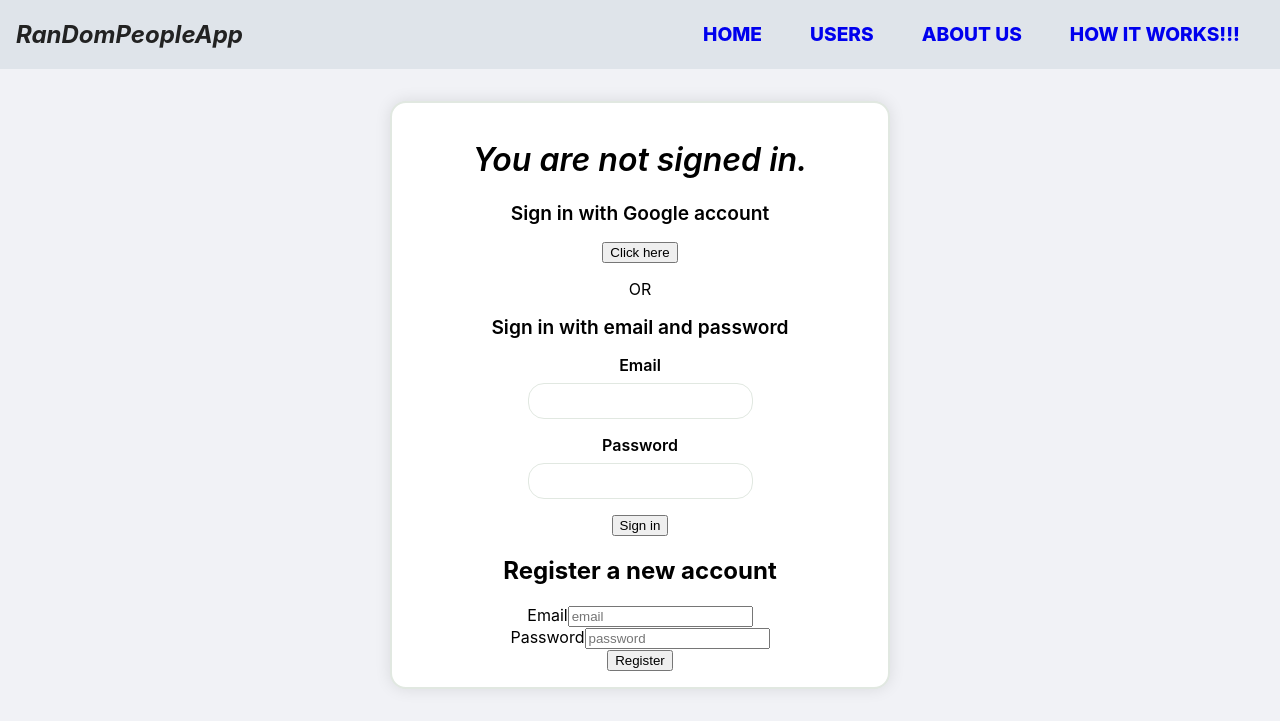
Repository: MikkyPrestige/RandomProfiles
Page: /profile
These files come from the project's save history. The page is drawn as it stood at one moment and after the next save; the edit follows.
The browser window is 1280 px wide. The pictures show the whole page.
The page's requests for data from a server got no answer. The project was rebuilt for these pictures with package versions that can differ from the ones it lists, and the page was loaded fresh each time. Some packages were replaced by stand-ins written for this rebuild. No one was signed in, and anything a server would have sent is missing. Also part of the build but not shown: src/assets/styles/home.css, src/components/avatar.jsx, src/components/home.jsx, src/assets/styles/users.css, src/components/users.jsx, src/assets/styles/search.css, src/components/search.jsx, src/assets/styles/help.css and 6 more.

Above is the page before, as saved 2022-11-30 03:43:18.

### public/index.html
<!DOCTYPE html>
<html lang="en">

<head>
  <meta charset="utf-8" />
  <link rel="icon" href="%PUBLIC_URL%/favicon.ico" />
  <meta name="viewport" content="width=device-width, initial-scale=1" />
  <meta name="theme-color" content="#000000" />
  <meta name="description" content="Web site created using create-react-app" />
  <link rel="apple-touch-icon" href="%PUBLIC_URL%/logo192.png" />
  <!--
      manifest.json provides metadata used when your web app is installed on a
      user's mobile device or desktop. See https://developers.google.com/web/fundamentals/web-app-manifest/
    -->
  <link rel="manifest" href="%PUBLIC_URL%/manifest.json" />
  <!--
      Notice the use of %PUBLIC_URL% in the tags above.
      It will be replaced with the URL of the `public` folder during the build.
      Only files inside the `public` folder can be referenced from the HTML.

      Unlike "/favicon.ico" or "favicon.ico", "%PUBLIC_URL%/favicon.ico" will
      work correctly both with client-side routing and a non-root public URL.
      Learn how to configure a non-root public URL by running `npm run build`.
    -->
  <title>AltSchool Assignment 2</title>
</head>

<body>
  <noscript>You need to enable JavaScript to run this app.</noscript>
  <div id="root"></div>
  <!--
      This HTML file is a template.
      If you open it directly in the browser, you will see an empty page.

      You can add webfonts, meta tags, or analytics to this file.
      The build step will place the bundled scripts into the <body> tag.

      To begin the development, run `npm start` or `yarn start`.
      To create a production bundle, use `npm run build` or `yarn build`.
    -->
</body>

</html>

### src/index.css
body {
  margin: 0;
  font-family: -apple-system, BlinkMacSystemFont, 'Segoe UI', 'Roboto', 'Oxygen',
    'Ubuntu', 'Cantarell', 'Fira Sans', 'Droid Sans', 'Helvetica Neue',
    sans-serif;
  -webkit-font-smoothing: antialiased;
  -moz-osx-font-smoothing: grayscale;
  background-color: #f1f2f6;
}

code {
  font-family: source-code-pro, Menlo, Monaco, Consolas, 'Courier New',
    monospace;
}

### src/App.jsx
import * as React from "react";
import { ErrorBoundary } from "react-error-boundary";
import { Route, Routes } from "react-router-dom";
import {
  Layout,
  Home,
  Users,
  Search,
  Help,
  About,
  Error,
  ErrorFallBack,
  Profile,
  // Footer,
} from "./components";

const App = () => {
  return (
    <div className="App">
      <main>
        <ErrorBoundary FallbackComponent={ErrorFallBack}>
          <Layout />
          <Routes>
            <Route path="/" element={<Home />} />
            <Route path="users">
              <Route index element={<Users />} />
              <Route path=":id" element={<Search />} />
            </Route>
            <Route path="profile" element={<Profile />} />
            <Route path="help" element={<Help />} />
            <Route path="about" element={<About />} />
            <Route path="*" element={<Error />} />
          </Routes>
        </ErrorBoundary>
        {/* <Footer /> */}
      </main>
    </div>
  );
};

export default App;

### src/components/index.js
export { default as Layout } from "./layout";
export { default as Home } from "./home";
export { default as Users } from "./users";
export { default as Search } from "./search";
export { default as Help } from "./help";
export { default as About } from "./about";
export { default as Error } from "./error";
export { default as ErrorFallBack } from "./errorFallback";
export { default as Profile } from "./profile";
export { Footer } from "./avatar";

### src/components/layout.jsx
// LAYOUT COMPONENT - This component is for the App Layout that displays the Navigation bar in the app UI to the user when app is open

import { NavLink } from "react-router-dom";
import "../assets/styles/layout.css";

const CustomNavLink = ({ to, ...props }) => {
  let activeStyle = {
    textDecoration: 'underline',
    color: 'red',
  };

  return (
    <NavLink
      style={({ isActive }) =>
        isActive ? activeStyle : { textDecoration: 'none' }
      }
      to={to}
      end
      {...props}
    />
  );
};


const Layout = () => {

  return (
    <nav className="layout">
      <div className="app-header">
        <h1>RanDomPeopleApp</h1>
      </div>
      <div className="nav__items">
        <CustomNavLink to="/" className="nav__item">Home</CustomNavLink>
        <CustomNavLink to="users" className="nav__item">Users</CustomNavLink>
        <CustomNavLink to="about" className="nav__item">About us</CustomNavLink>
        <CustomNavLink to="help" className="nav__item">How it works!!!</CustomNavLink>
      </div>
    </nav>
  );
}

export default Layout;

### src/components/profile.jsx
import {
  signInWithRedirect,
  auth,
  provider,
  getRedirectResult,
  onAuthStateChanged,
  createUserWithEmailAndPassword,
  signInWithEmailAndPassword,
  signOut,
  deleteUser,
} from "../config";
import { useEffect, useState } from "react";
import { Avatar } from "./avatar";
import "../assets/styles/profile.css";

const Profile = () => {
  const [user, setUser] = useState(null);
  const [signedIn, setSignedIn] = useState(false);
  const [email, setEmail] = useState("");
  const [password, setPassword] = useState("");
  const [error, setError] = useState(null);

  // handle register form
  const handleRegister = (e) => {
    e.preventDefault();
    createUserWithEmailAndPassword(auth, email, password)
      .then(() => {
        // Signed in
        console.log("User account created & signed in!");
      })
      .catch((error) => {
        if (error.code === "auth/email-already-in-use") {
          setError("This email address is already in use!");
        }
        if (error.code === "auth/invalid-email") {
          setError("This email address is invalid!");
        }
        console.error(error);
      });
  };

  // sign in with email and password
  const handleSignIn = (e) => {
    e.preventDefault();
    signInWithEmailAndPassword(auth, email, password)
      .then(() => {
        console.log("User signed in!");
      })
      .catch((error) => {
        if (error.code === "auth/wrong-password") {
          setError("Wrong password!");
        }
        if (error.code === "auth/user-not-found") {
          setError("User not found!");
        }
        console.error(error);
      });
  };

  // handle onchange
  const handleChange = (e) => {
    const { name, value } = e.target;
    if (name === "email") {
      setEmail(value);
    }
    if (name === "password") {
      setPassword(value);
    }
  };

  // handle sign In
  const signIn = (e) => {
    e.preventDefault();
    signInWithRedirect(auth, provider);
  };

  // handle sign out
  const handleSignOut = (e) => {
    e.preventDefault();
    signOut(auth)
      .then(() => {
        console.log("User signed out!");
      })
      .catch((error) => {
        console.error(error);
      });
  };

  // handle delete user
  const handleDelete = (e) => {
    e.preventDefault();
    deleteUser(auth.currentUser)
      .then(() => {
        console.log("User deleted!");
      })
      .catch((error) => {
        console.error(error);
      });
  };

  // Get redirect result
  useEffect(() => {
    getRedirectResult(auth)
      .then((result) => {
        if (result) {
          setSignedIn(true);
          // navigate("/users");
        } else {
          // console.log("No user");
        }
      })
      .catch((error) => {
        console.log(error);
      });
  }, []);

  // Check auth state
  useEffect(() => {
    onAuthStateChanged(auth, (user) => {
      if (user) {
        // destructure user
        const { displayName, photoURL, email, phoneNumber } = user;
        // set user state
        setUser({ displayName, photoURL, email, phoneNumber });
        // navigate("/users");
      } else {
        setUser(null);
      }
    });
  }, []);

  return (
    <div className="profile">
      <div className="profile__container">
        <div className="profile__desc">
          {user ? (
            <div className="profile__user">
              <h1 className="profile__title">Welcome, you are signed in.</h1>
              <Avatar image={user.photoURL} alt="user" style={{ width: '10rem', height: '10rem', borderRadius: '50%' }} />
              <p className="profile__detail"><strong>Signed in account name: </strong>{user.displayName}</p>
              <p className="profile__detail"><strong>Signed in email: </strong>{user.email}</p>
              <p className="profile__detail">{user.phoneNumber}</p>
              <div className="btn__wrapper">
                <button onClick={handleSignOut} className="btn">
                  Sign Out
                </button>
                <button onClick={handleDelete} className="btn">
                  Delete Account
                </button>
              </div>
            </div>
          ) : (
            <div className="profile__user">
              <div className="profile__wrapper">
                <h1 className="profile__title">You are not signed in.</h1>
                <h2 className="profile__head">Sign in with Google account</h2>
                <button onClick={signIn} className="sign__btn">
                  Click here
                </button>
                <p className="or">OR</p>
                <h2 className="profile__head">Sign in with email and password</h2>
                <form onSubmit={handleSignIn} className="signIn__form">
                  <label htmlFor="email" className="signIn__label">Email</label>
                  <input
                    type="email"
                    name="email"
                    id="email"
                    value={email}
                    onChange={handleChange}
                    className="signIn__input"
                  />
                  <label htmlFor="password" className="signIn__label">Password</label>
                  <input
                    type="password"
                    name="password"
                    id="password"
                    value={password}
                    onChange={handleChange}
                    className="signIn__input"
                  />
                  {error && <p className="error">{error}</p>}
                  <button type="submit" className="sign__btn">
                    Sign in
                  </button>
                </form>
              </div>
              <h2 className="register">Register a new account </h2>
              <form onSubmit={handleRegister} className="register__form">
                <div className="register__group">
                  <label htmlFor="email" className="register__label">
                    Email
                  </label>
                  <input
                    type="email"
                    name="email"
                    placeholder="email"
                    value={email}
                    onChange={handleChange}
                    className="register__input"
                  />
                  {error && <p className="error">{error}</p>}
                </div>
                <div className="profile__group">
                  <label htmlFor="password" className="register__label">
                    Password
                  </label>
                  <input
                    type="password"
                    name="password"
                    placeholder="password"
                    value={password}
                    onChange={handleChange}
                    className="register__input"
                  />
                </div>
                <button type="submit" className="sign__btn">
                  Register
                </button>
              </form>
            </div>
          )}
        </div>
      </div>
    </div>
  );
};

export default Profile;

### src/assets/styles/layout.css
.layout {
  background-color: #dfe4ea;
  padding: 0rem 1rem;
  color: #222;
  display: flex;
  align-items: center;
  justify-content: space-between;
}

.app-header {
  font-style: italic;
}

.nav__items {
  display: flex;
  align-items: center;
  list-style: none;
  flex-wrap: wrap;
}

.nav__item {
  font-size: 1.2rem;
  font-weight: 800;
  padding: 1rem 1.5rem;
  text-transform: uppercase;
}

.attribution {
  text-align: center;
}

.footer {
  color: #222;
  text-decoration: none;
  cursor: pointer;
  font-style: italic;
  font-weight: 600;
}

### src/config/index.js
// Import the functions you need from the SDKs you need
import { initializeApp } from "firebase/app";
import {
  getAuth,
  signInWithRedirect,
  GoogleAuthProvider,
  getRedirectResult,
  onAuthStateChanged,
  createUserWithEmailAndPassword,
  signInWithEmailAndPassword,
  signOut,
  deleteUser
} from "firebase/auth";

// web app's Firebase configuration
const firebaseConfig = {
  apiKey: "AIzaSyCfrfw6chi091bWLqJvanxAUTxgJ5XqEu0",
  authDomain: "random-people-app.firebaseapp.com",
  projectId: "random-people-app",
  storageBucket: "random-people-app.appspot.com",
  messagingSenderId: "1097586453252",
  appId: "1:1097586453252:web:4575afe7663a752ae77e51",
};

// Initialize Firebase
const app = initializeApp(firebaseConfig);
// Setup Google auth provider
const provider = new GoogleAuthProvider();

const auth = getAuth();

export {
  app,
  provider,
  auth,
  signInWithRedirect,
  getRedirectResult,
  onAuthStateChanged,
  createUserWithEmailAndPassword,
  signInWithEmailAndPassword,
  signOut,
  deleteUser
};

### src/assets/styles/profile.css
.profile {
  padding: 2rem;
  height: 100%;
}

.profile__container {
  display: flex;
  flex-direction: column;
  align-items: center;
  justify-content: center;
}

.profile__desc {
  text-align: center;
  max-width: 500px;
  width: 100%;
}

.profile__user {
  background-color: #fff;
  border: 2px solid #e1e8e1;
  border-radius: 1rem;
  box-shadow: 0 0 1rem rgba(0, 0, 0, 0.1);
  padding: 1rem 0;
}

.profile__title {
  font-size: 2rem;
  font-weight: 600;
  font-style: oblique;
}

.profile__detail {
  font-size: 1.2rem;
  font-weight: 400;
}

.btn__wrapper {
  display: flex;
  justify-content: center;
  align-items: center;
  gap: 5rem;
  margin-top: 2rem;
}

.btn {
  background-color: #e1e8e1;
  color: red;
  border: none;
  border-radius: 1rem;
  padding: .5rem;
  font-size: 1rem;
  cursor: pointer;
}

.btn:hover {
  background-color: #d1d8d1;
  color: #0651ddbb;
}

.btn:active {
  background-color: #c1c8c1;
  color: #0651ddbb;
}

.profile__wrapper {
  /* display: flex;
  flex-direction: column;
  justify-content: center;
  align-items: center; */
  /* gap: 2rem; */
  /* margin-top: 2rem; */
}

.profile__head {
  font-size: 1.2rem;
  font-weight: 600;
  text-align: center;
  margin-bottom: 1rem;
}

.signIn__form {
  display: flex;
  flex-direction: column;
  justify-content: center;
  align-items: center;
}

.signIn__label {
  font-size: 1rem;
  font-weight: 600;
  margin-bottom: .5rem;
}

.signIn__input {
  border: 1px solid #e1e8e1;
  border-radius: 1rem;
  padding: .5rem;
  font-size: 1rem;
  margin-bottom: 1rem;
}

Loaded but not shown: src/index.js (common file)

After the next save:
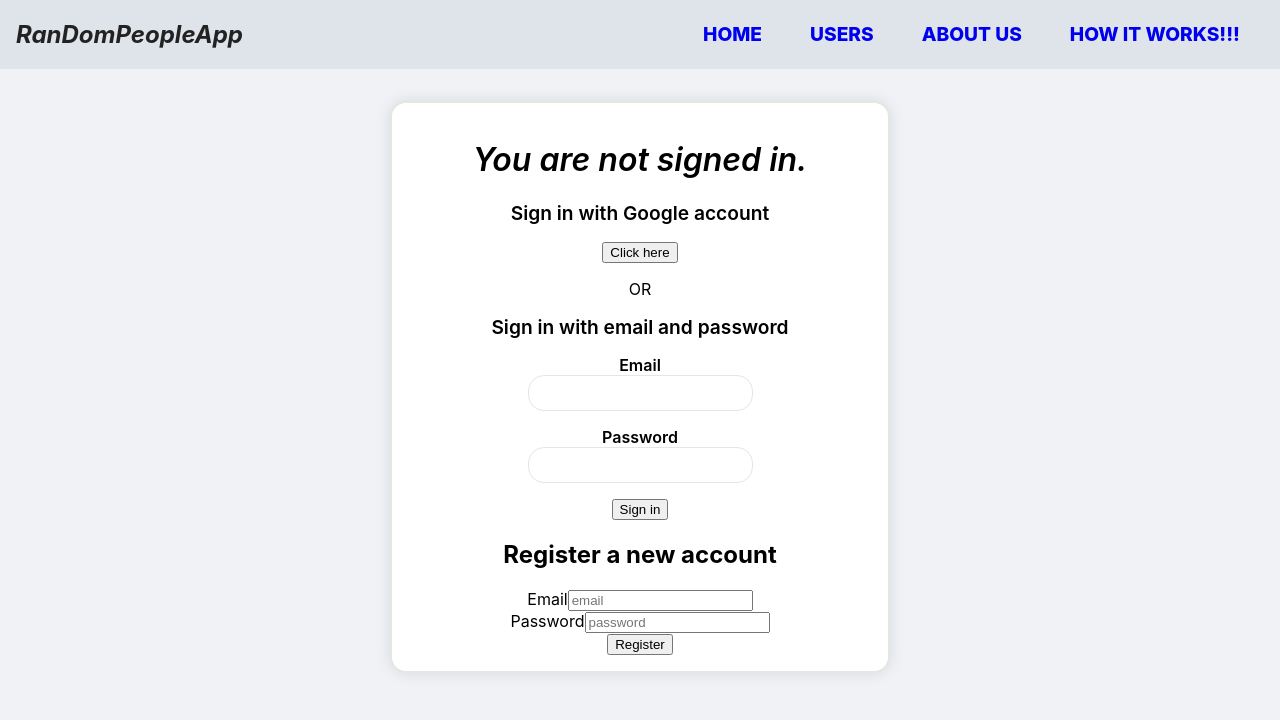
Saved 19 s later.
--- a/src/assets/styles/profile.css
+++ b/src/assets/styles/profile.css
@@ -89,7 +89,7 @@
 .signIn__label {
   font-size: 1rem;
   font-weight: 600;
-  margin-bottom: .5rem;
+  /* margin-bottom: .5rem; */
 }
 
 .signIn__input {

After the save that followed:
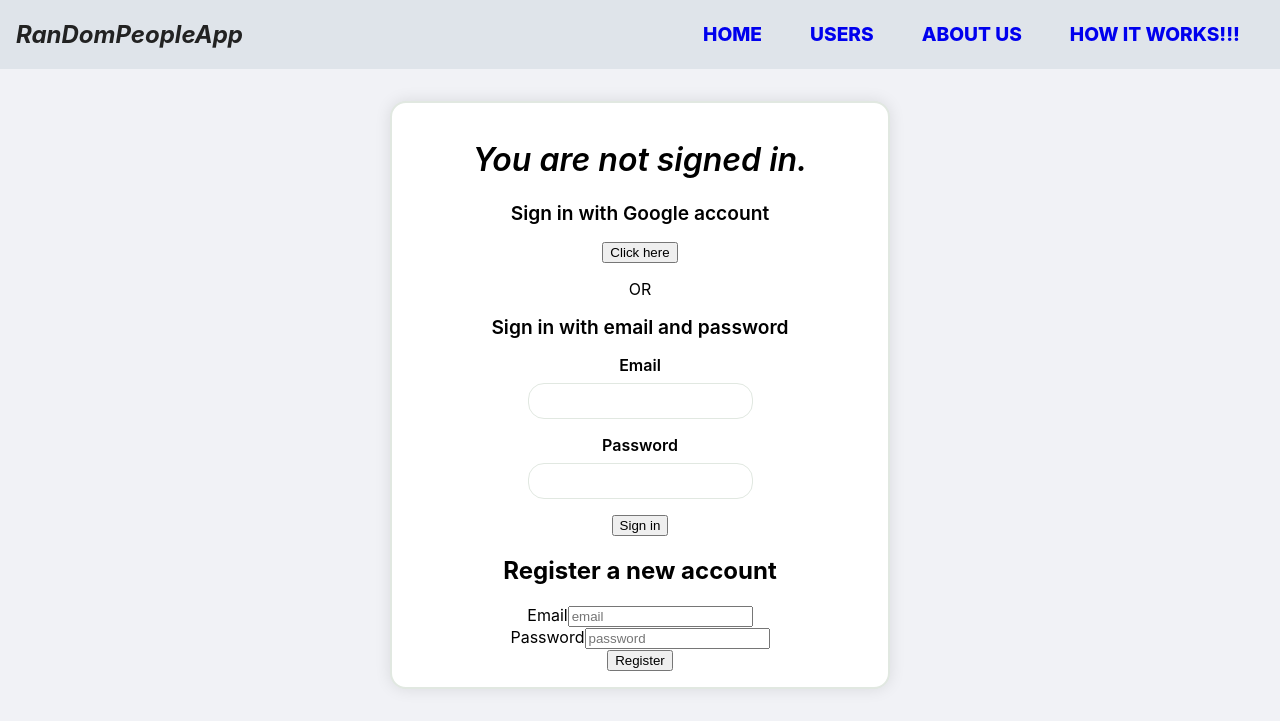
Saved 4 s later.
--- a/src/assets/styles/profile.css
+++ b/src/assets/styles/profile.css
@@ -89,7 +89,7 @@
 .signIn__label {
   font-size: 1rem;
   font-weight: 600;
-  /* margin-bottom: .5rem; */
+  margin-bottom: .5rem;
 }
 
 .signIn__input {
